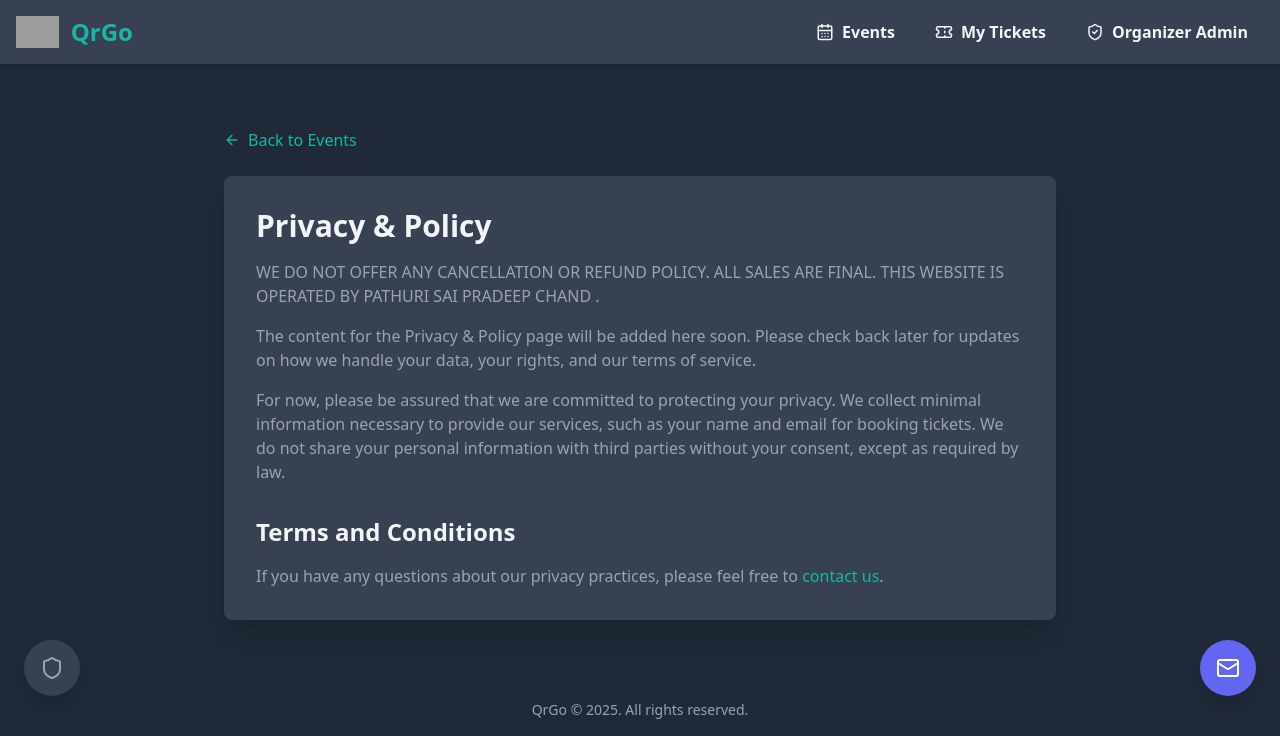
Repository: Dhakshin2007/QrGo
Page: /#/privacy-policy
The author's editor kept a copy of each file at every save. The page is drawn from the files as they stood at one save, then again after the next save.
The browser window is 1280 px wide. The pictures show the whole page.
Pictures or frames that could not be fetched are drawn as grey boxes. Some web libraries are served in a nearby version. The project was rebuilt for these pictures with package versions that can differ from the ones it lists, and the page was loaded fresh each time. Also part of the build but not shown: vite.config.ts, components/EventCard.tsx, pages/HomePage.tsx, pages/BookingPage.tsx, components/TicketCard.tsx, pages/MyTicketsPage.tsx, services/aiService.ts, pages/AdminPage.tsx.

Above is the page before, as saved 2025-08-10 12:53:50.

### index.html
<!DOCTYPE html>
<html lang="en">
  <head>
    <meta name="description" content="Website Used to Host Events and Book Tickets and Inbuild scanning. If You want to Host an Event, Contact Us." />
<meta name="keywords" content="QrGo , QrGo Startup , Events IIT Ropar,Tickets , District , Paytm , Zomato , Ticket Booking , Event Hosting ,  Telugu Students IIT, IIT Ropar culture, IIT Ropar">
<meta name="author" content="Kotha Dhakshin">
<meta property="og:title" content="QrGo - Event Ticket Hosting Platform" />
<meta property="og:description" content="Official site for QrGo. Events, Bookings, and student details." />
<meta property="og:url" content="https://qrgo-weld.vercel.app/" />
<meta property="og:type" content="website" />
<meta property="og:image" content="#" />

  <meta charset="UTF-8" />
    <link rel="icon" type="image/png" href = "https://i.postimg.cc/qqd3M6cN/Google-AI-Studio-2025-08-09-T14-17-15-618-Z.png" />
    <meta name="viewport" content="width=device-width, initial-scale=1.0" />
    <title>QrGo</title>
    <script src="https://cdn.tailwindcss.com"></script>
    <script>
      tailwind.config = {
        theme: {
          extend: {
            colors: {
              'primary': '#14b8a6', // teal-500
              'primary-focus': '#0d9488', // teal-600
              'background': '#1f2937', // gray-800
              'surface': '#374151', // gray-700
              'on-surface': '#f3f4f6', // gray-200
              'on-surface-secondary': '#9ca3af', // gray-400
              'accent': '#6366f1', // indigo-500
            }
          }
        }
      }
    </script>
    <!-- html5-qrcode library -->
    <script src="https://unpkg.com/html5-qrcode" type="text/javascript"></script>
  <script type="importmap">
{
  "imports": {
    "react-router-dom": "https://esm.sh/react-router-dom@^7.8.0",
    "react-dom/": "https://esm.sh/react-dom@^19.1.1/",
    "react/": "https://esm.sh/react@^19.1.1/",
    "react": "https://esm.sh/react@^19.1.1",
    "lucide-react": "https://esm.sh/lucide-react@^0.539.0",
    "html5-qrcode": "https://esm.sh/html5-qrcode@^2.3.8",
    "qrcode": "https://esm.sh/qrcode@^1.5.4",
    "@supabase/supabase-js": "https://esm.sh/@supabase/supabase-js@2",
    "@google/genai": "https://esm.sh/@google/genai@^1.13.0"
  }
}
</script>
</head>
  <body class="bg-background text-on-surface">
    <div id="root"></div>
    <script type="module" src="/index.tsx"></script>
  </body>
</html>

### App.tsx


import React, { createContext, useContext, useState, useEffect, useCallback, ReactNode } from 'react';
import * as ReactRouterDOM from 'react-router-dom';
import HomePage from './pages/HomePage';
import BookingPage from './pages/BookingPage';
import MyTicketsPage from './pages/MyTicketsPage';
import AdminPage from './pages/AdminPage';
import PrivacyPolicyPage from './pages/PrivacyPolicyPage';
import Header from './components/Header';
import { ToastProvider } from './contexts/ToastContext';
import { AuthProvider } from './contexts/AuthContext';
import Toast from './components/Toast';
import { Mail, Shield } from 'lucide-react';
import { Event, EventStatus } from './types';
import { db } from './services/db';

// --- Event Context for Global State Management ---

interface EventContextType {
  events: Event[];
  isLoading: boolean;
  updateEventStatus: (eventId: string, newStatus: EventStatus) => void;
}

const EventContext = createContext<EventContextType | undefined>(undefined);

export const EventProvider: React.FC<{ children: ReactNode }> = ({ children }) => {
  const [events, setEvents] = useState<Event[]>([]);
  const [isLoading, setIsLoading] = useState(true);

  useEffect(() => {
    const fetchEvents = async () => {
      try {
        const initialEvents = await db.getEvents();
        setEvents(initialEvents);
      } catch (error) {
        console.error("Failed to fetch initial events:", error);
      } finally {
        setIsLoading(false);
      }
    };
    fetchEvents();
  }, []);

  const updateEventStatus = useCallback((eventId: string, newStatus: EventStatus) => {
    setEvents(currentEvents =>
      currentEvents.map(event =>
        event.id === eventId ? { ...event, status: newStatus } : event
      )
    );
  }, []);

  return (
    <EventContext.Provider value={{ events, isLoading, updateEventStatus }}>
      {children}
    </EventContext.Provider>
  );
};

export const useEvents = () => {
  const context = useContext(EventContext);
  if (!context) {
    throw new Error('useEvents must be used within an EventProvider');
  }
  return context;
};


// --- Main App Component ---

const App: React.FC = () => {
  return (
    <ToastProvider>
      <AuthProvider>
        <EventProvider>
          <ReactRouterDOM.HashRouter>
            <div className="min-h-screen flex flex-col bg-background">
              <Header />
              <main className="flex-grow container mx-auto px-4 py-8">
                <ReactRouterDOM.Routes>
                  <ReactRouterDOM.Route path="/" element={<HomePage />} />
                  <ReactRouterDOM.Route path="/book/:eventId" element={<BookingPage />} />
                  <ReactRouterDOM.Route path="/my-tickets" element={<MyTicketsPage />} />
                  <ReactRouterDOM.Route path="/admin" element={<AdminPage />} />
                  <ReactRouterDOM.Route path="/privacy-policy" element={<PrivacyPolicyPage />} />
                </ReactRouterDOM.Routes>
              </main>
              <footer className="text-center py-4 text-on-surface-secondary text-sm">
                <p>QrGo &copy; 2025. All rights reserved.</p>
              </footer>
               <ReactRouterDOM.Link
                to="/privacy-policy"
                className="fixed bottom-6 left-6 bg-surface text-on-surface-secondary p-4 rounded-full shadow-lg hover:bg-primary hover:text-white transition-colors flex items-center gap-2 z-50"
                title="Privacy & Policy"
                aria-label="Privacy and Policy"
              >
                <Shield size={24} />
              </ReactRouterDOM.Link>
              <a
                href="mailto:kothadhakshin123@gmail.com"
                className="fixed bottom-6 right-6 bg-accent text-white p-4 rounded-full shadow-lg hover:bg-indigo-600 transition-colors flex items-center gap-2 z-50"
                title="Contact Support"
                aria-label="Contact Support"
              >
                <Mail size={24} />
              </a>
            </div>
          </ReactRouterDOM.HashRouter>
          <Toast />
        </EventProvider>
      </AuthProvider>
    </ToastProvider>
  );
};

export default App;

### pages/PrivacyPolicyPage.tsx

import React from 'react';
import * as ReactRouterDOM from 'react-router-dom';
import { ArrowLeft } from 'lucide-react';

const PrivacyPolicyPage: React.FC = () => {
  return (
    <div className="max-w-4xl mx-auto animate-fade-in p-4 sm:p-6 lg:p-8">
      <ReactRouterDOM.Link to="/" className="flex items-center gap-2 mb-6 text-primary hover:underline">
          <ArrowLeft size={16} /> Back to Events
       </ReactRouterDOM.Link>
      <div className="bg-surface rounded-lg shadow-xl p-8">
        <h1 className="text-3xl font-bold mb-4 text-on-surface">Privacy & Policy</h1>
        <div className="space-y-4 text-on-surface-secondary">
          <p>
            WE DO NOT OFFER ANY CANCELLATION OR REFUND POLICY. ALL SALES ARE FINAL.
            THIS WEBSITE IS OPERATED BY PATHURI SAI PRADEEP CHAND .
            </p>
            <p>
            The content for the Privacy & Policy page will be added here soon.
            Please check back later for updates on how we handle your data, your rights, and our terms of service.
          </p>
          <p>
            For now, please be assured that we are committed to protecting your privacy. We collect minimal information necessary to provide our services, such as your name and email for booking tickets.
            We do not share your personal information with third parties without your consent, except as required by law.
          </p>
          <h2 className="text-2xl font-semibold text-on-surface pt-4">Terms and Conditions</h2>
          <p>
            If you have any questions about our privacy practices, please feel free to <a href="mailto:kothadhakshin123@gmail.com" className="text-primary hover:underline">contact us</a>.
          </p>
        </div>
      </div>
    </div>
  );
};

export default PrivacyPolicyPage;

### components/Header.tsx

import React from 'react';
import * as ReactRouterDOM from 'react-router-dom';
import { Ticket, ShieldCheck, CalendarDays, QrCode } from 'lucide-react';
import { LOGO_URL } from '../constants';

const Header: React.FC = () => {
  const activeLinkClass = "bg-primary text-white";
  const inactiveLinkClass = "text-on-surface hover:bg-surface";

  return (
    <header className="bg-surface shadow-md sticky top-0 z-50">
      <nav className="container mx-auto px-4 py-3 flex justify-between items-center">
        <ReactRouterDOM.Link to="/" className="flex items-center gap-3 text-2xl font-bold text-primary">
          {LOGO_URL ? (
            <img src={LOGO_URL} alt="QrGo Logo" className="h-8 w-auto" />
          ) : (
            <QrCode size={28} />
          )}
          <span>QrGo</span>
        </ReactRouterDOM.Link>
        <div className="flex items-center gap-2">
          <ReactRouterDOM.NavLink
            to="/"
            className={({ isActive }) => `${isActive ? activeLinkClass : inactiveLinkClass} px-4 py-2 rounded-md font-semibold transition-colors duration-200 flex items-center gap-2`}
          >
            <CalendarDays size={18}/> Events
          </ReactRouterDOM.NavLink>
          <ReactRouterDOM.NavLink
            to="/my-tickets"
            className={({ isActive }) => `${isActive ? activeLinkClass : inactiveLinkClass} px-4 py-2 rounded-md font-semibold transition-colors duration-200 flex items-center gap-2`}
          >
            <Ticket size={18}/> My Tickets
          </ReactRouterDOM.NavLink>
          <ReactRouterDOM.NavLink
            to="/admin"
            className={({ isActive }) => `${isActive ? activeLinkClass : inactiveLinkClass} px-4 py-2 rounded-md font-semibold transition-colors duration-200 flex items-center gap-2`}
          >
            <ShieldCheck size={18}/> Organizer Admin
          </ReactRouterDOM.NavLink>
        </div>
      </nav>
    </header>
  );
};

export default Header;

### contexts/ToastContext.tsx
import React, { createContext, useState, useContext, ReactNode, useCallback, useRef } from 'react';

type ToastType = 'success' | 'error' | 'info';

interface ToastState {
  message: string;
  type: ToastType;
  isVisible: boolean;
}

interface ToastContextType {
  showToast: (message: string, type: ToastType) => void;
  toastConfig: ToastState | null;
}

const ToastContext = createContext<ToastContextType | undefined>(undefined);

export const ToastProvider: React.FC<{ children: ReactNode }> = ({ children }) => {
  const [toastConfig, setToastConfig] = useState<ToastState | null>(null);
  const timeoutIdRef = useRef<number | null>(null);

  const showToast = useCallback((message: string, type: ToastType) => {
    if (timeoutIdRef.current) {
      clearTimeout(timeoutIdRef.current);
    }
    setToastConfig({ message, type, isVisible: true });

    timeoutIdRef.current = window.setTimeout(() => {
      setToastConfig(prev => prev ? { ...prev, isVisible: false } : null);
      timeoutIdRef.current = null;
    }, 4000);
  }, []);


  return (
    <ToastContext.Provider value={{ showToast, toastConfig }}>
      {children}
    </ToastContext.Provider>
  );
};

export const useToast = () => {
  const context = useContext(ToastContext);
  if (context === undefined) {
    throw new Error('useToast must be used within a ToastProvider');
  }
  return context;
};

### contexts/AuthContext.tsx
import React, { createContext, useState, useContext, ReactNode, useCallback } from 'react';
import { Organizer } from '../types';

interface AuthState {
  isUserLoggedIn: boolean;
  userEmail: string | null;
  userPin: string | null;
  loggedInOrganizer: Organizer | null;
  loginUser: (email: string, pin: string) => void;
  logoutUser: () => void;
  loginOrganizer: (username: string, secretId: string) => boolean;
  logoutOrganizer: () => void;
}

const AuthContext = createContext<AuthState | undefined>(undefined);

export const AuthProvider: React.FC<{ children: ReactNode }> = ({ children }) => {
  const [isUserLoggedIn, setIsUserLoggedIn] = useState(false);
  const [userEmail, setUserEmail] = useState<string | null>(null);
  const [userPin, setUserPin] = useState<string | null>(null);
  const [loggedInOrganizer, setLoggedInOrganizer] = useState<Organizer | null>(null);

  const loginUser = (email: string, pin:string) => {
    setUserEmail(email.toLowerCase());
    setUserPin(pin);
    setIsUserLoggedIn(true);
  };

  const logoutUser = () => {
    setIsUserLoggedIn(false);
    setUserEmail(null);
    setUserPin(null);
  };

  const loginOrganizer = useCallback((username: string, secretId: string): boolean => {
    // --- Security Note ---
    // In a real production application, this organizer data should NOT be hardcoded here.
    // It should be loaded securely, for example, from environment variables on a server
    // or from a secure configuration service. This prevents sensitive credentials from
    // being exposed in the client-side code.
    // Example for a Node.js environment:
    // const ORGANIZERS = JSON.parse(process.env.ORGANIZERS_JSON || '[]');
    const ORGANIZERS: Organizer[] = [
      { id: 'super-admin', username: 'Dhakshin', secretId: 'Dk07' },
      { id: 'org-1', username: 'TCA', secretId: 'tca@2334' },
      // { id: 'org-2', username: 'TechCon', secretId: 'techcon-secret' }
    ];

    const organizer = ORGANIZERS.find(
        org => org.username.toLowerCase() === username.toLowerCase() && org.secretId === secretId
    );
    if (organizer) {
        setLoggedInOrganizer(organizer);
        return true;
    }
    return false;
  }, []);

  const logoutOrganizer = () => {
      setLoggedInOrganizer(null);
  };

  return (
    <AuthContext.Provider value={{ isUserLoggedIn, userEmail, userPin, loggedInOrganizer, loginUser, logoutUser, loginOrganizer, logoutOrganizer }}>
      {children}
    </AuthContext.Provider>
  );
};

export const useAuth = () => {
  const context = useContext(AuthContext);
  if (context === undefined) {
    throw new Error('useAuth must be used within an AuthProvider');
  }
  return context;
};

### components/Toast.tsx
import React from 'react';
import { useToast } from '../contexts/ToastContext';
import { CheckCircle, XCircle, Info } from 'lucide-react';

const icons = {
  success: <CheckCircle className="text-green-400" size={24} />,
  error: <XCircle className="text-red-400" size={24} />,
  info: <Info className="text-blue-400" size={24} />,
};

const bgColors = {
  success: 'bg-green-500/20 border-green-500',
  error: 'bg-red-500/20 border-red-500',
  info: 'bg-blue-500/20 border-blue-500',
};

const Toast: React.FC = () => {
  const { toastConfig } = useToast();

  if (!toastConfig) {
    return null;
  }

  const { message, type, isVisible } = toastConfig;

  return (
    <div
      aria-live="assertive"
      className={`fixed bottom-5 right-5 z-50 transition-all duration-300 ease-in-out ${isVisible ? 'opacity-100 translate-y-0' : 'opacity-0 translate-y-4'}`}
    >
      <div className={`flex items-center gap-4 p-4 rounded-lg shadow-lg border-l-4 text-on-surface bg-surface ${bgColors[type]}`}>
        <div>{icons[type]}</div>
        <p className="font-semibold">{message}</p>
      </div>
    </div>
  );
};

export default Toast;

### types.ts

export type Organizer = {
  id: string;
  username: string;
  secretId: string;
};

export enum BookingStatus {
  Pending = 'Pending',
  Confirmed = 'Confirmed',
  Rejected = 'Rejected',
}

export enum EventStatus {
  Upcoming = 'Upcoming',
  Ongoing = 'Ongoing',
}

export type Event = {
  id: string;
  organizerId: string;
  name: string;
  date: string;
  venue: string;
  description: string;
  image: string;
  status: EventStatus;
  requiresEntryNumber?: boolean;
  upiId?: string;
  upiLink?: string;
  qrCodeImage?: string;
};

export type Booking = {
  id: string;
  eventId: string;
  userName: string;
  userEmail: string;
  userPhone: string;
  entryNumber: string | null;
  transactionId: string | null;
  paymentProof: string | null; // Public URL to the image in Supabase Storage
  pin: string; // Should be hashed on a real backend
  status: BookingStatus;
  checkedIn: boolean;
  createdAt: string;
};

### services/supabaseClient.ts
import { createClient } from '@supabase/supabase-js';
import { BookingStatus } from '../types';

// --- Supabase Client Initialization ---

// #############################################################################
// #  IMPORTANT: FIX FOR "INVALID API KEY" / "401 UNAUTHORIZED" ERROR          #
// #############################################################################
// # The API key below is a DUMMY key. You MUST replace it with your own.      #
// # 1. Go to your Supabase project dashboard.                                 #
// # 2. Go to Project Settings > API.                                          #
// # 3. Copy the `anon` `public` key.                                          #
// # 4. Paste it here to replace the DUMMY key.                                #
// #############################################################################
const supabaseUrl = 'https://hkniptskidhgpavyejwz.supabase.co';
// This is a valid-looking dummy key to prevent startup crashes. It will not work for API calls.
const supabaseKey = 'sb_publishable_tQDQrjVzkEe6GwUMwAzoYA_YMzWUTT5';

if (supabaseUrl.includes('your-project-url') || supabaseKey.includes('PASTE_YOUR_REAL')) {
    // This will crash the app and show a clear error in the developer console,
    // preventing the app from running in a broken state.
    throw new Error("Supabase credentials are not set! Please update services/supabaseClient.ts with your project's URL and anon key. You can get these from your Supabase project's API settings.");
}


// Define database types for TypeScript support
// The database schema uses quoted identifiers (e.g., "eventId") to match the camelCase used in the application.
export type DbBooking = {
  id: string;
  eventId: string;
  userName: string;
  userEmail: string;
  userPhone: string;
  transactionId: string | null;
  paymentProof: string | null;
  pin: string;
  status: BookingStatus;
  checkedIn: boolean;
  createdAt: string;
};

// This type defines the shape of the data that can be inserted into the 'bookings' table.
export type DbBookingInsert = {
    id: string;
    eventId: string;
    userName: string;
    userEmail: string;
    userPhone: string;
    transactionId: string | null;
    paymentProof: string | null;
    pin: string;
    status: BookingStatus;
    checkedIn: boolean;
    createdAt: string;
};

// This explicit type for updates avoids nested generics which can cause TS errors.
export type DbBookingUpdate = {
    eventId?: string;
    userName?: string;
    userEmail?: string;
    userPhone?: string;
    transactionId?: string | null;
    paymentProof?: string | null;
    pin?: string;
    status?: BookingStatus;
    checkedIn?: boolean;
    createdAt?: string;
}

// New types for the `free_bookings` table
export type DbFreeBooking = {
  id: string;
  eventId: string;
  userName: string;
  userEmail: string;
  userPhone: string;
  entryNumber: string | null;
  pin: string;
  status: BookingStatus;
  checkedIn: boolean;
  createdAt: string;
};

export type DbFreeBookingInsert = {
    id: string;
    eventId: string;
    userName: string;
    userEmail: string;
    userPhone: string;
    entryNumber: string | null;
    pin: string;
    status: BookingStatus;
    checkedIn: boolean;
    createdAt: string;
};

export type DbFreeBookingUpdate = {
    eventId?: string;
    userName?: string;
    userEmail?: string;
    userPhone?: string;
    entryNumber?: string | null;
    pin?: string;
    status?: BookingStatus;
    checkedIn?: boolean;
    createdAt?: string;
};


export interface Database {
  public: {
    Tables: {
      bookings: {
        Row: DbBooking;
        Insert: DbBookingInsert;
        Update: DbBookingUpdate;
      };
      free_bookings: {
        Row: DbFreeBooking;
        Insert: DbFreeBookingInsert;
        Update: DbFreeBookingUpdate;
      };
    };
  };
}


export const supabase = createClient<Database>(supabaseUrl, supabaseKey);

Loaded but not shown: index.tsx (common file); services/db.ts (339 lines, source omitted); constants.ts (92 lines, source omitted)

After the next save:
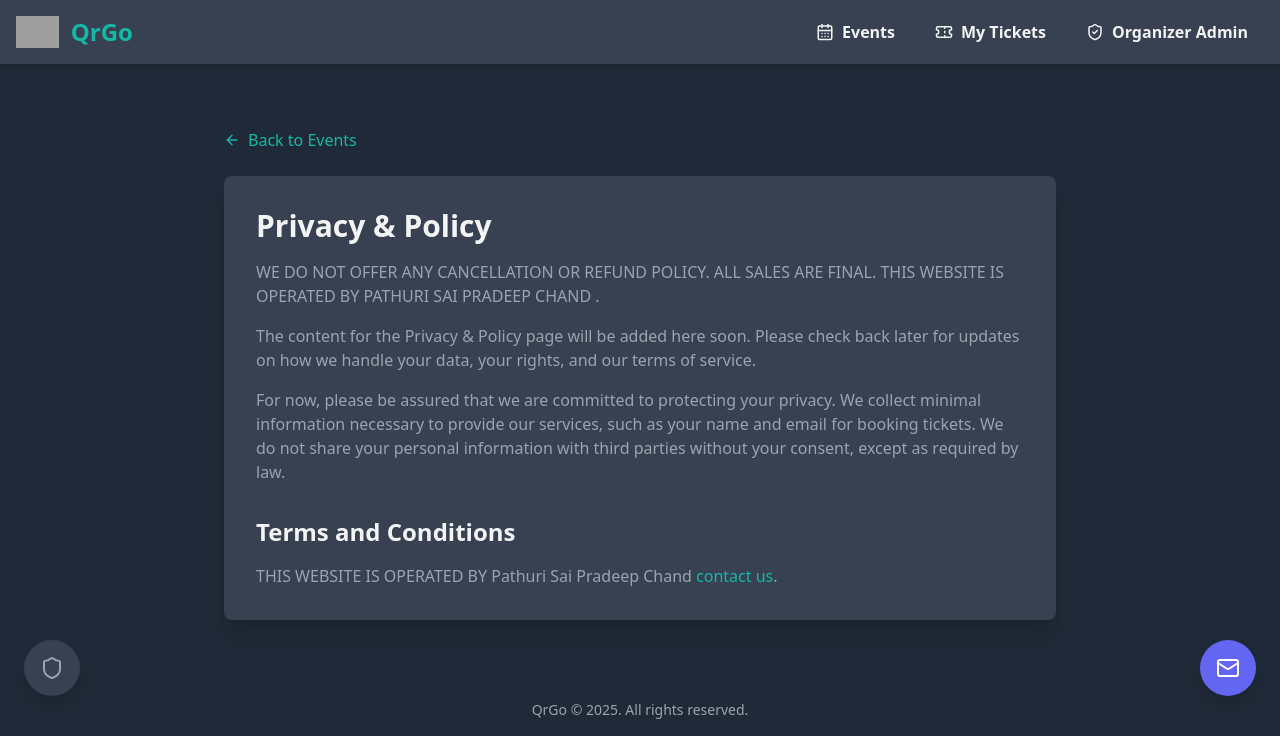
Saved 13 s later.
--- a/pages/PrivacyPolicyPage.tsx
+++ b/pages/PrivacyPolicyPage.tsx
@@ -26,7 +26,7 @@ const PrivacyPolicyPage: React.FC = () => {
           </p>
           <h2 className="text-2xl font-semibold text-on-surface pt-4">Terms and Conditions</h2>
           <p>
-            If you have any questions about our privacy practices, please feel free to <a href="mailto:kothadhakshin123@gmail.com" className="text-primary hover:underline">contact us</a>.
+            THIS WEBSITE IS OPERATED BY Pathuri Sai Pradeep Chand <a href="mailto:kothadhakshin123@gmail.com" className="text-primary hover:underline">contact us</a>.
           </p>
         </div>
       </div>
